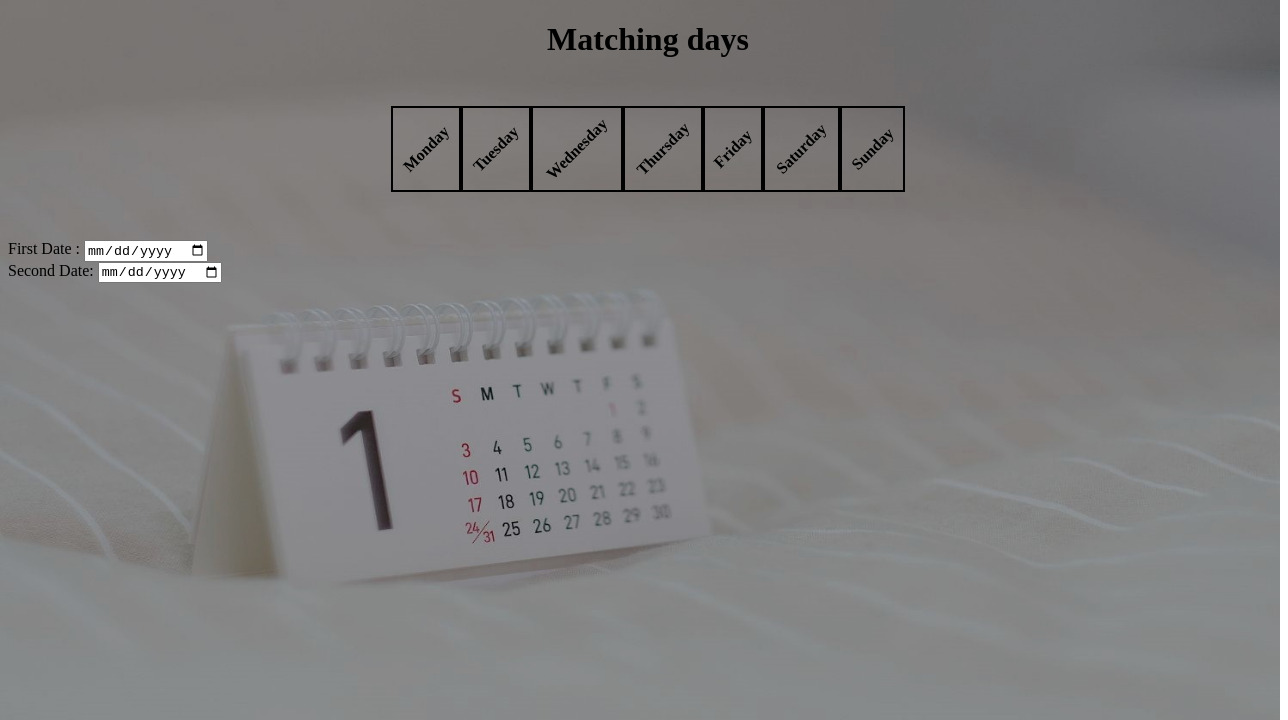
Repository: lasity34/matching-days
Page: index.html
An editor plug-in stored every save of this project. The page is shown before and after the next save, followed by the edit.
The browser window is 1280 px wide. The page is 1288 px wide, so the pictures cover 1288 px, including what lies to the right of the window. The pictures show the whole page.
Some web fonts or font styles are not loaded; a fallback is used. Some web libraries are served in a nearby version.

Above is the page before, as saved 2023-05-10 10:54:01.

After the next save:
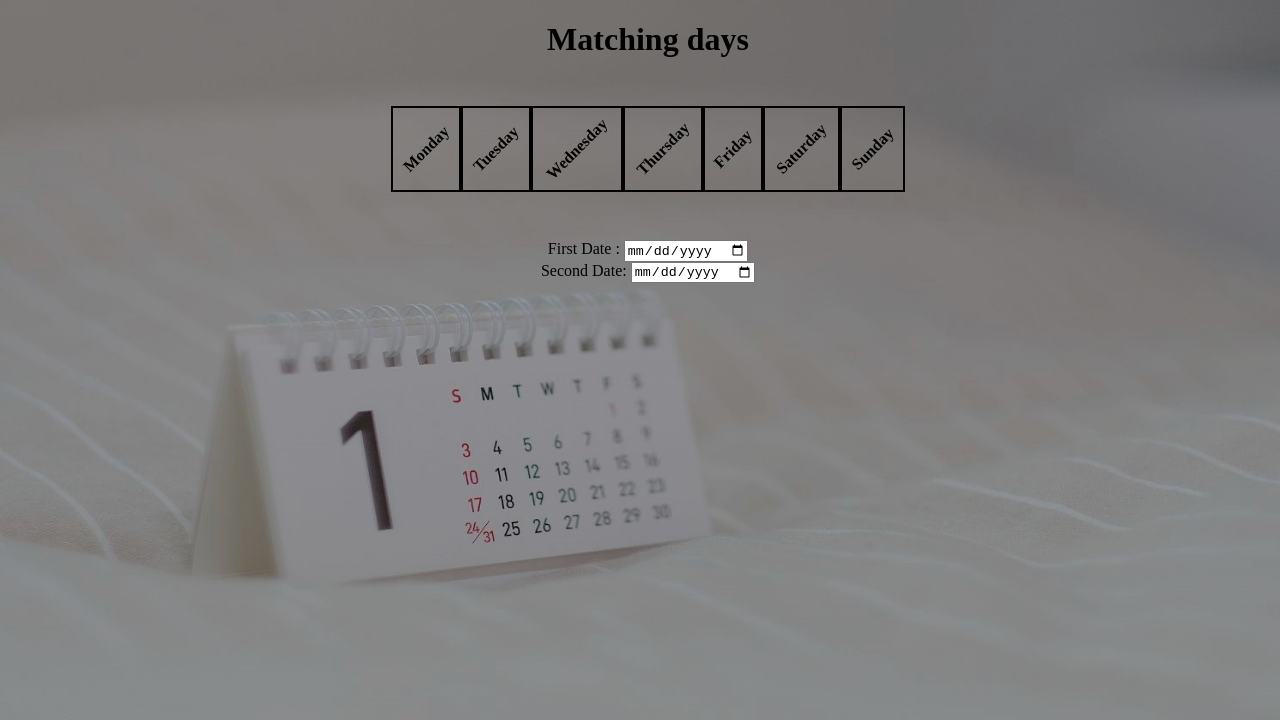
Saved 72 s later.
--- a/style.css
+++ b/style.css
@@ -34,5 +34,8 @@ h1 {
 
 
 .date_input_container {
-
+    display: flex;
+    flex-direction: column;
+    align-items: center;
+    height: 20vh;
 }
